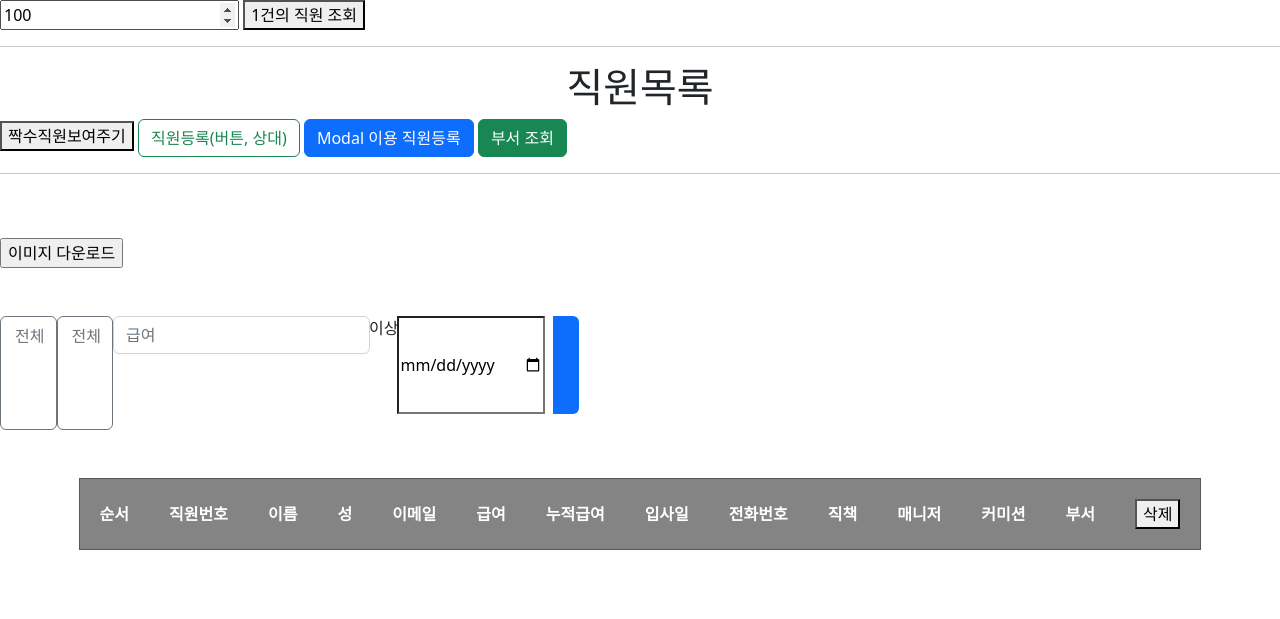
Repository: leessol/spring1
Page: http://localhost/springMVCProject/WEB-INF/views/emp/empSelect.jsp
An editor plug-in stored every save of this project. The page is shown before and after the next save, followed by the edit.
The browser window is 1280 px wide. The pictures show the whole page.
The page is served by Tomcat 9. Nobody is signed in. The template is opened directly, without the code that normally fills it, so the values that code supplies are empty.

Above is the page before, as saved 2023-05-10 05:49:58.

After the next save:
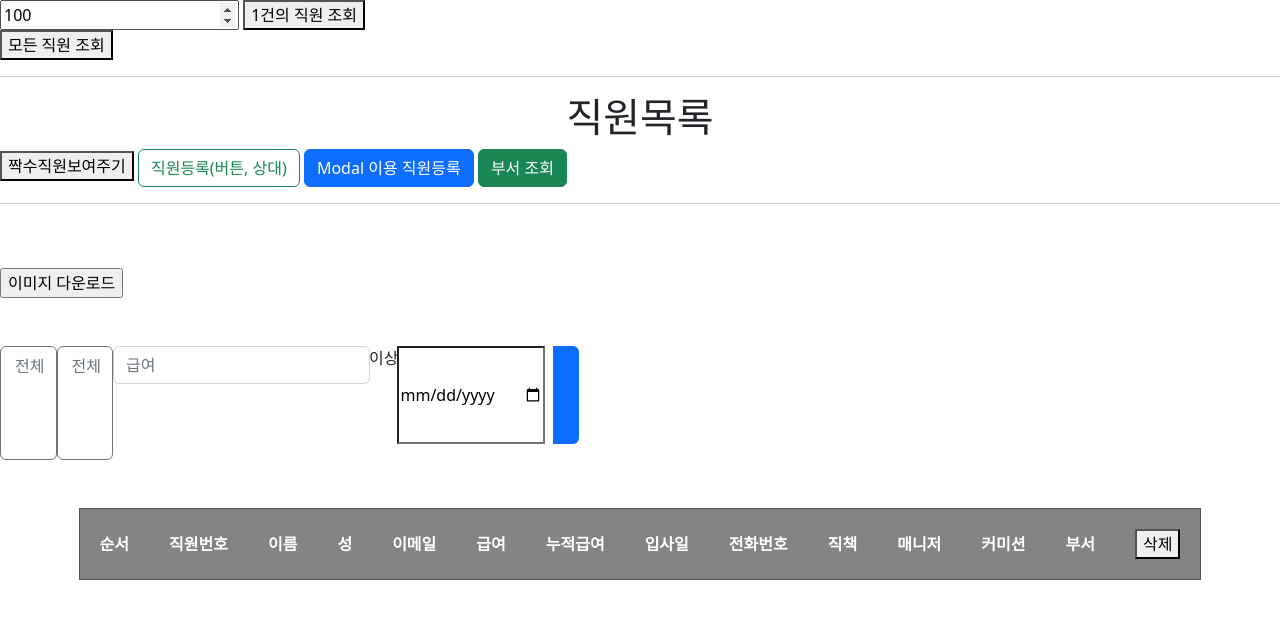
Saved 21 min 30 s later.
--- a/springMVCProject/src/main/webapp/WEB-INF/views/emp/empSelect.jsp
+++ b/springMVCProject/src/main/webapp/WEB-INF/views/emp/empSelect.jsp
@@ -107,7 +107,10 @@ tr th {
 
 		<!-- restful 방식 연습 -->
 		<input type="number" id="empid" value="100"/>
-		<button id=empRetrive>1건의 직원 조회</button>
+		<button id="empRetrive">1건의 직원 조회</button>
+		<div id = "resultMessage"></div>
+
+		<button id="empAll">모든 직원 조회</button>
 		<div id = "resultMessage"></div>
 
 		<hr>
